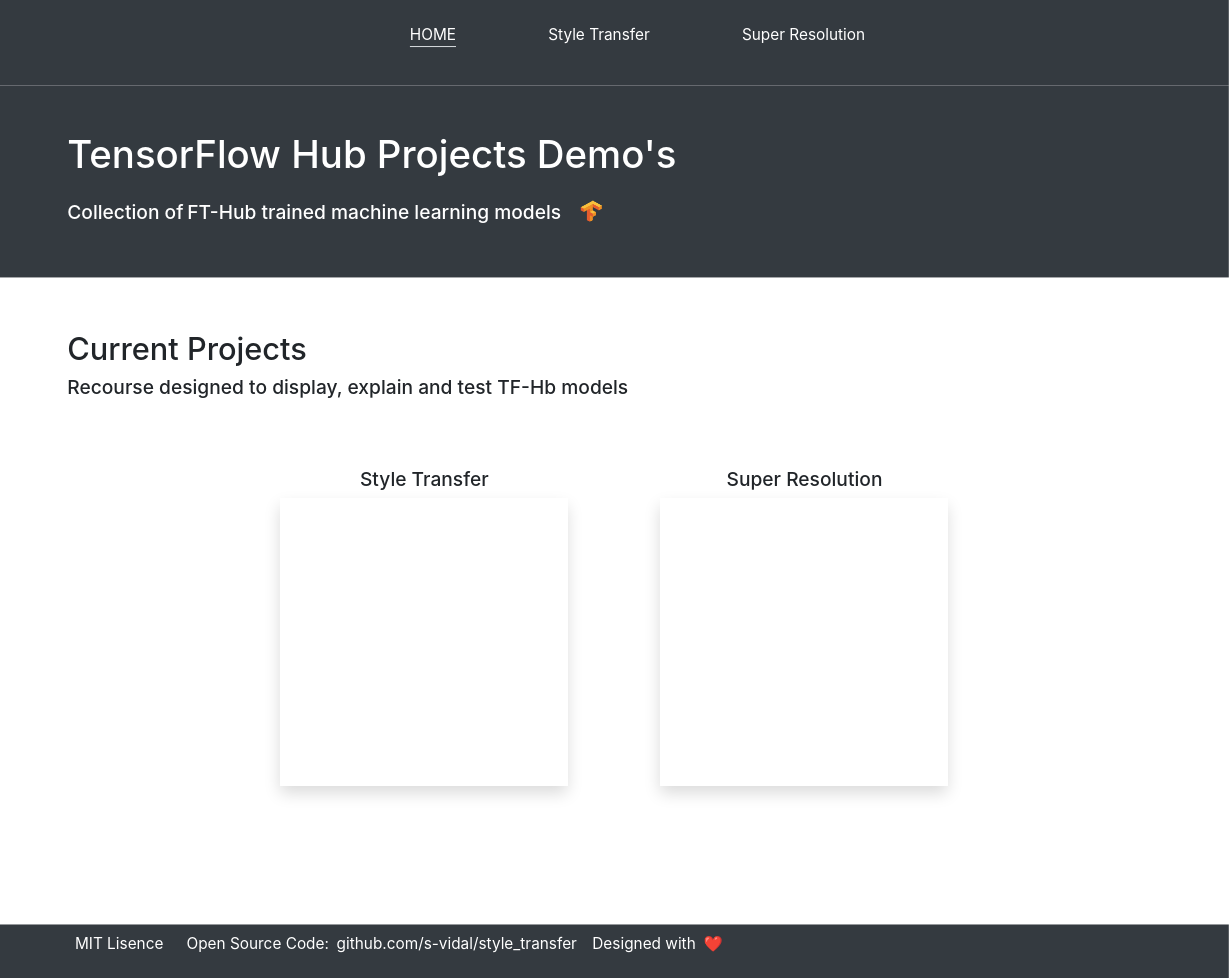
Repository: s-vidal/style_transfer
Page: / (app in client/)
The author's editor kept a copy of each file at every save. The page is drawn from the files as they stood at one save, then again after the next save.
The browser window is 1280 px wide. The pictures show the whole page, at 96% of full size.
The page's requests for data from a server got no answer. The project was rebuilt for these pictures with package versions that can differ from the ones it lists, and the page was loaded fresh each time. A package was used in the major version that the imports need, not the one package.json lists. No one was signed in, and anything a server would have sent is missing. Also part of the build but not shown: client/src/App.css, client/src/components/DropZone.jsx, client/src/lib/api.js, client/src/components/Inference.jsx, client/src/components/Header.jsx, client/src/pages/StyleTransfer.jsx, client/src/pages/SuperResolution.jsx.

Above is the page before, as saved 2020-09-30 16:29:57.

### client/public/index.html
<!DOCTYPE html>
<html lang="en">
  <head>
    <meta charset="utf-8" />
    <link rel="icon" href="%PUBLIC_URL%/favicon.ico" />
    <meta name="viewport" content="width=device-width, initial-scale=1" />
    <meta name="theme-color" content="#000000" />
    <meta
      name="description"
      content="Web site created using create-react-app"
    />
    <link rel="apple-touch-icon" href="%PUBLIC_URL%/logo192.png" />
    <!--
      manifest.json provides metadata used when your web app is installed on a
      user's mobile device or desktop. See https://developers.google.com/web/fundamentals/web-app-manifest/
    -->
    <link rel="manifest" href="%PUBLIC_URL%/manifest.json" />
    <!--
      Notice the use of %PUBLIC_URL% in the tags above.
      It will be replaced with the URL of the `public` folder during the build.
      Only files inside the `public` folder can be referenced from the HTML.

      Unlike "/favicon.ico" or "favicon.ico", "%PUBLIC_URL%/favicon.ico" will
      work correctly both with client-side routing and a non-root public URL.
      Learn how to configure a non-root public URL by running `npm run build`.
    -->
    <!-- CSS only -->
    <link
      rel="stylesheet"
      href="https://stackpath.bootstrapcdn.com/bootstrap/4.5.2/css/bootstrap.min.css"
      integrity="sha384-JcKb8q3iqJ61gNV9KGb8thSsNjpSL0n8PARn9HuZOnIxN0hoP+VmmDGMN5t9UJ0Z"
      crossorigin="anonymous"
    />
    <title>React App</title>
  </head>
  <body>
    <noscript>You need to enable JavaScript to run this app.</noscript>
    <div id="root"></div>
    <!--
      This HTML file is a template.
      If you open it directly in the browser, you will see an empty page.

      You can add webfonts, meta tags, or analytics to this file.
      The build step will place the bundled scripts into the <body> tag.

      To begin the development, run `npm start` or `yarn start`.
      To create a production bundle, use `npm run build` or `yarn build`.
    -->
    <!-- JS, Popper.js, and jQuery -->
    <script
      src="https://code.jquery.com/jquery-3.5.1.slim.min.js"
      integrity="sha384-DfXdz2htPH0lsSSs5nCTpuj/zy4C+OGpamoFVy38MVBnE+IbbVYUew+OrCXaRkfj"
      crossorigin="anonymous"
    ></script>
    <script
      src="https://cdn.jsdelivr.net/npm/popper.js@1.16.1/dist/umd/popper.min.js"
      integrity="sha384-9/reFTGAW83EW2RDu2S0VKaIzap3H66lZH81PoYlFhbGU+6BZp6G7niu735Sk7lN"
      crossorigin="anonymous"
    ></script>
    <script
      src="https://stackpath.bootstrapcdn.com/bootstrap/4.5.2/js/bootstrap.min.js"
      integrity="sha384-B4gt1jrGC7Jh4AgTPSdUtOBvfO8shuf57BaghqFfPlYxofvL8/KUEfYiJOMMV+rV"
      crossorigin="anonymous"
    ></script>
  </body>
</html>

### client/src/App.js
import React from "react";
import {BrowserRouter as Router, Switch, Route} from "react-router-dom";
import "./App.css";
import StyleTransfer from "./pages/StyleTransfer";
import SuperResolution from "./pages/SuperResolution";
import Footer from "./components/Footer";
import NavBar from "./components/NavBar";
import HomePage from "./pages/HomePage";

function App() {
  return (
    <div>
      <Router>
        <NavBar />
        <Switch>
          <Route path="/super-resolution">
            <SuperResolution />
          </Route>
          <Route path="/style-transfer">
            <StyleTransfer />
          </Route>
          <Route path="/">
            <HomePage />
          </Route>
        </Switch>
        <Footer />
      </Router>
    </div>
  );
}

export default App;

### client/src/components/Footer.jsx
import React from "react";

const Footer = () => {
  return (
    <div className="text-white bg-dark">
      <div className="container mt-5">
        <div className="row p-2 mt-4">
          <p className="mr-4">MIT Lisence</p>
          <p>Open Source Code:</p>
          <a
            className="ml-2 text-white"
            href="https://github.com/s-vidal/style_transfer"
          >
            <span>github.com/s-vidal/style_transfer</span>
          </a>
          <p className="ml-3 mr-1"> Designed with </p>
          <span role="img" aria-label="emoji" className="ml-1">
            ❤️
          </span>
        </div>
      </div>
    </div>
  );
};

export default Footer;

### client/src/components/NavBar.jsx
import React, {useState, useEffect} from "react";
import {Link, useLocation} from "react-router-dom";
import "./NavBar.css";

const NavBar = () => {
  const [currentPage, setCurrentPage] = useState("");
  const location = useLocation();

  useEffect(() => {
    const currentPath = location.pathname;
    setCurrentPage(currentPath.substring(1));
  }, [location]);

  return (
    <nav className="navbar navbar-expand-lg d-flex justify-content-center bg-dark pt-3 pb-3">
      <ul className="navbar-nav">
        <li className="nav-item">
          <Link className="nav-link pl-5 pr-5" to={"/"}>
            <div className="ml-5 ">
              <p
                className={
                  currentPage === ""
                    ? "text-white nav-text active border-bottom"
                    : "text-white nav-text"
                }
              >
                HOME
              </p>
            </div>
          </Link>
        </li>
        <li className="nav-item">
          <Link
            className="nav-link pl-5 pr-5 text-white"
            to={"/style-transfer"}
          >
            <p
              className={
                currentPage === "style-transfer"
                  ? "text-white nav-text active border-bottom"
                  : "text-white nav-text"
              }
            >
              Style Transfer
            </p>
          </Link>
        </li>
        <li className="nav-item active">
          <Link
            className="nav-link pl-5 pr-5 text-white"
            to={"/super-resolution"}
          >
            <p
              className={
                currentPage === "super-resolution"
                  ? "text-white nav-text active border-bottom"
                  : "text-white nav-text"
              }
            >
              Super Resolution
            </p>
          </Link>
        </li>
      </ul>
    </nav>
  );
};

export default NavBar;

### client/src/pages/HomePage.jsx
import React from "react";
import "../components/HomePage.css";

const HomePage = () => {
  return (
    <>
      <div className="bg-dark text-white p-4 pt-5 pb-5">
        <div className="container">
          <div className="row">
            <h1>TensorFlow Hub Projects Demo's</h1>
          </div>
          <div className="row mt-3">
            <h5>Collection of</h5>
            <a
              href="https://tfhub.dev/google/magenta/arbitrary-image-stylization-v1-256/2"
              className="pl-1 pr-1 text-white"
            >
              <h5>FT-Hub trained machine learning models</h5>
            </a>
            <img
              className="ml-3"
              src={require("../img/tf_logo.png")}
              alt="tf"
              width="22"
              height="22"
            ></img>
          </div>
        </div>
      </div>
      <div className="p-5">
        <div className="container p-0">
          <div>
            <h2 className="mt-2">Current Projects</h2>
            <h5 className="mb-4">
              Recourse designed to display, explain and test TF-Hb models
            </h5>
          </div>
          <div className="row d-flex justify-content-center">
            <div className="m-5">
              <h5 className="text-center">Style Transfer</h5>
              <div className="home-item shadow"></div>
            </div>
            <div className="m-5">
              <h5 className="text-center"> Super Resolution</h5>
              <div className="home-item shadow"></div>
            </div>
          </div>
        </div>
      </div>
    </>
  );
};

export default HomePage;

### client/src/components/NavBar.css
.nav-text:hover {
  border-bottom: 1px solid white;
  transition-duration: 0.5s ease-in-out;
}

### client/src/components/HomePage.css
.home-item {
  min-width: 300px;
  min-height: 300px;
}
.home-item:hover {
  cursor: pointer;
  transform: translate(3px, 3px);
  transition-duration: 0.5s ease-in-out;
}

Loaded but not shown: client/src/index.js (common file); client/src/index.css (common file); client/src/serviceWorker.js (common file)

After the next save:
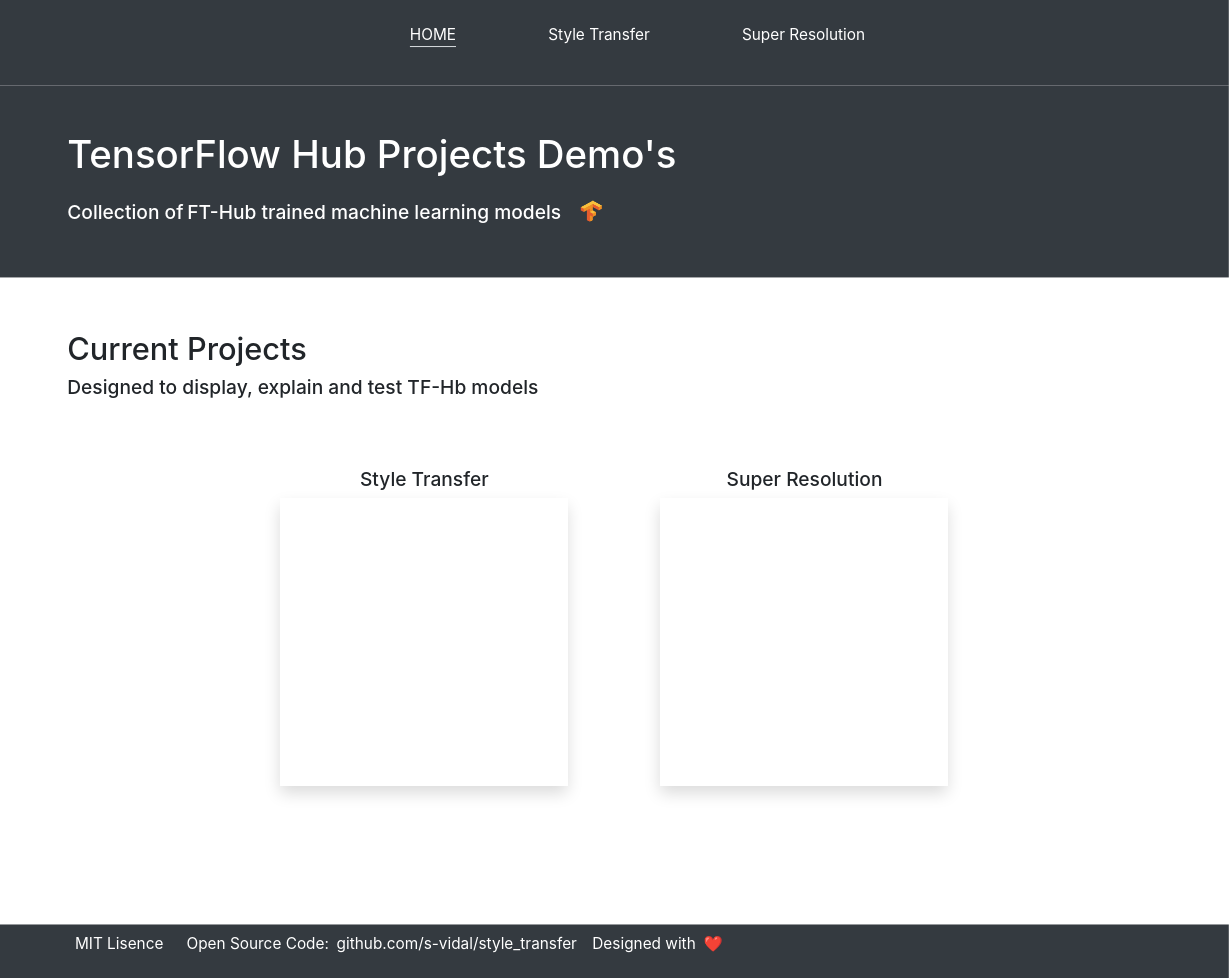
Saved 12 s later.
--- a/client/src/pages/HomePage.jsx
+++ b/client/src/pages/HomePage.jsx
@@ -32,7 +32,7 @@
           <div>
             <h2 className="mt-2">Current Projects</h2>
             <h5 className="mb-4">
-              Recourse designed to display, explain and test TF-Hb models
+              Designed to display, explain and test TF-Hb models
             </h5>
           </div>
           <div className="row d-flex justify-content-center">
